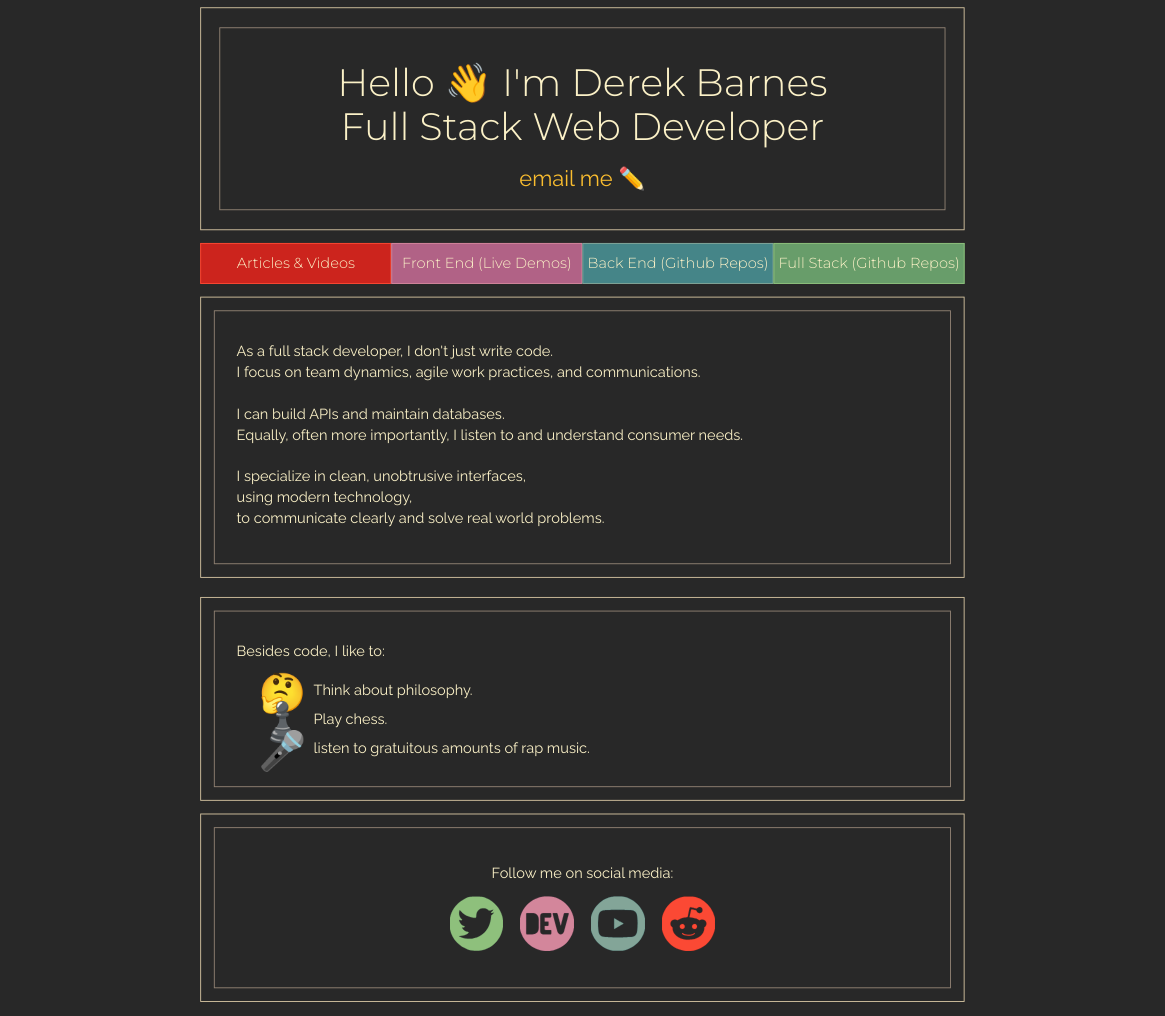
Repository: dsbarnes/groovy-blog
Page: index.html
These files come from the project's save history. The page is drawn as it stood at one moment and after the next save; the edit follows.
The browser window is 1280 px wide. The pictures show the whole page, at 91% of full size.
The style sheet was rebuilt from its Sass, Less or Tailwind sources for each picture, by a compiler version that may differ from the author's.

Above is the page before, as saved 2020-05-09 20:36:42.
Console error: TypeError: Cannot read properties of null (reading 'addEventListener')

### index.html
<!DOCTYPE html>
<html lang="en">

<head>
    <meta charset="UTF-8">
    <meta name="viewport" content="width=device-width, initial-scale=1.0">
    <link href="https://fonts.googleapis.com/css2?family=Montserrat:wght@300&display=swap" rel="stylesheet">
    <link href="https://fonts.googleapis.com/css2?family=Raleway&display=swap" rel="stylesheet">

    <title>D.S. Barnes</title>

    <link rel="stylesheet" href="./CSS/style.css">
</head>

<body>
    <div class="container">

        <div id='nameCard'>
            <div id="doubleBorder">
                <p>Hello 👋 I'm Derek Barnes</p>
                <p>Full Stack Web Developer</p>
                <br />
                <small><a href='mailto:derekb0147@gmail.com'>email me ✏️</a></small>
                <br />
            </div>
        </div>

        <div id='selections'>
            <p class='nav' data-color='red' id='articles'>Articles & Videos</p>
            <p class='nav' data-color='purple' id='frontend'>Front End (Live Demos)</p>
            <p class='nav' data-color='blue' id='backend'>Back End (Github Repos)</p>
            <p class='nav' data-color='aqua' id='fullstack'>Full Stack (Github Repos)</p>
        </div>

        <!-- <button id="toggle-button">Toggle collapse</button> -->

        <!-- Section one -->
        <div class="content">
            <div class='double-border'>
                <div id='about-section-text'>
                    <p>As a full stack developer, I don't just write code.</p>
                    <p>I focus on team dynamics, agile work practices, and communications.</p>
                    <br />
                    <p>I can build APIs and maintain databases.</p>
                    <p>Equally, often more importantly, I listen to and understand consumer needs.</p>
                    <br />
                    <p>I specialize in clean, unobtrusive interfaces,</p>
                    <p>using modern technology,</p>
                    <p>to communicate clearly and solve real world problems.</p>
                </div>

                <div id='articles-section-text'></div>
                <div id='frontend-section-text'></div>
                <div id='backend-section-text'></div>
                <div id='fullstack-section-text'></div>

            </div>
        </div>


        <!-- Section two -->
        <div class="hobbies collapsible">
            <div class='double-border collapsible'>

                <p>Besides code, I like to:</p>
                <br />

                <p class='xpad'>
                    <span class='bigEmoji'>🤔</span>
                    <span class='emojiText'>Think about philosophy.</span>
                </p>

                <p class='xpad'>
                    <span class='bigEmoji'>♟️</span>
                    <span class='emojiText'>Play chess.</span>
                </p>

                <p class='xpad'>
                    <span class='bigEmoji'>🎤</span>
                    <span class='emojiText'>listen to gratuitous amounts of rap music.</span>
                </p>


            </div>
        </div>


        <!-- Section three -->
        <div class="social-media">
            <div class="double-border">

                <p>Follow me on social media:</p>

                <div id='media-icons'>
                    <img src='../SVG/twitterLogo.svg'><a href='#' id='twitter'></a></img>
                    <img src='../SVG/devLogo.svg'><a href='#' id="devto"></a></img>
                    <img src='../SVG/youtubeLogo.svg'><a href='#' id='youtube'></a></img>
                    <img src='../SVG/redditLogo.svg'><a href='#' id='reddit'></a></img>
                </div>

            </div>
        </div>

    </div><!-- container -->

    <script type=module src="index.js"></script>
</body>

</html>

### index.js
import articles from './components/articles.js'
import repos from './components/repos.js'

import articlesData from './siteData/articles.js'
import backendData from './siteData/backEnd.js'
import frontendData from './siteData/frontEnd.js'
import fullstackData from './siteData/fullStack.js'

document.querySelector('#toggle-button')
    .addEventListener('click',
        function () {
            // Remove the about me section:
            const aboutText = document.getElementById('about-section-text')
            aboutText.style.display = 'none'

            // Add overflow: scroll
            document.querySelector('.section-one')
                .classList.toggle('collapsed')

            // Shrinks and fades out the middle box
            document.querySelector('.section-two.collapsible')
                .classList.toggle('collapsed')

            document.querySelector('.section-three')
                .classList.toggle('collapsed')

            // repopulate what was the about section
            // it is now the section the user clicked
            repos(backendData)




            // document.querySelector('.double-border.collapsible')
            //     .classList.toggle('collapsed')
        });

### components/articles.js
function modules(arr) {
    console.log('modules works')
}

export default modules

### components/repos.js
function repos(arr) {

    const root = document.getElementById('articles-section-text')

    for (const element of arr) {

        const keys = Object.keys(element)

        const container = document.createElement('div')
        const title = document.createElement('h1')
        const repolink = document.createElement('p')
        const demolink = document.createElement('p')
        const description = document.createElement('p')

        title.innerHTML = element['Repo']
        container.appendChild(title)

        repolink.innerHTML = element['RepoLink']
        container.appendChild(repolink)

        demolink.innerHTML = element['DemoLink']
        container.appendChild(demolink)

        description.innerHTML = element['Description']
        container.appendChild(description)


        container.id = 'article'
        root.appendChild(container)

    }
}

export default repos

### siteData/articles.js
const articleData = [
    {
        "Title": "Article Project One",
        "Link": "blah.com",
        "Date": "date-posted",
        "Short": "fjdklsafjdlks;fajsdl;f"
    },
    {
        "Title": "Article Project Two",
        "Link": "blah.com",
        "Date": "date-posted",
        "Short": "fjdklsafjdlks;fajsdl;f"
    },
    {
        "Title": "Article Project Three",
        "Link": "blah.com",
        "Date": "date-posted",
        "Short": "fjdklsafjdlks;fajsdl;f"
    },
    {
        "Title": "Article Project Four",
        "Link": "blah.com",
        "Date": "date-posted",
        "Short": "fjdklsafjdlks;fajsdl;f"
    },
    {
        "Title": "Article Project Five",
        "Link": "blah.com",
        "Date": "date-posted",
        "Short": "fjdklsafjdlks;fajsdl;f"
    }
]

export default articleData

### siteData/backEnd.js
const backendData = [
    {
        "Repo": "Back End Project One",
        "RepoLink": "blah.com",
        "Description": "README.md"
    },
    {
        "Repo": "Back End Project Two",
        "RepoLink": "blah.com",
        "Description": "README.md"
    },
    {
        "Repo": "Back End Project Three",
        "RepoLink": "blah.com",
        "Description": "README.md"
    },
    {
        "Repo": "Back End Project Four",
        "RepoLink": "blah.com",
        "Description": "README.md"
    },
    {
        "Repo": "Back End Project Five",
        "RepoLink": "blah.com",
        "Description": "README.md"
    }
]

export default backendData

### siteData/frontEnd.js
const frontendData = [
    {
        "Repo": "Front End Project One",
        "RepoLink": "blah.com",
        "DemoLink": "demo link",
        "Description": "README.md"
    },
    {
        "Repo": "Front End Project Two",
        "RepoLink": "blah.com",
        "DemoLink": "demo link",
        "Description": "README.md"
    },
    {
        "Repo": "Front End Project Three",
        "RepoLink": "blah.com",
        "DemoLink": "demo link",
        "Description": "README.md"
    },
    {
        "Repo": "Front End Project Four",
        "RepoLink": "blah.com",
        "DemoLink": "demo link",
        "Description": "README.md"
    },
    {
        "Repo": "Front End Project Five",
        "RepoLink": "blah.com",
        "DemoLink": "demo link",
        "Description": "README.md"
    }
]

export default frontendData

### siteData/fullStack.js
const fullstackData = [
    {
        "Repo": "Full Stack Project One",
        "RepoLink": "blah.com",
        "Description": "README.md"
    },
    {
        "Repo": "Full Stack Project Two",
        "RepoLink": "blah.com",
        "Description": "README.md"
    },
    {
        "Repo": "Full Stack Project Three",
        "RepoLink": "blah.com",
        "Description": "README.md"
    },
    {
        "Repo": "Full Stack Project Four",
        "RepoLink": "blah.com",
        "Description": "README.md"
    },
    {
        "Repo": "Full Stack Project Five",
        "RepoLink": "blah.com",
        "Description": "README.md"
    }
]

export default fullstackData

### style.scss
// Main Container:
// Sizings - everything is a multiple of 14!!
$container-width: 840px;
$container-height: 1100px;
$outer-width: $container-width * .8;
$margin-pad-sizing: 14px;


// Gruvbox colors:
$background-color: #282828;
$background-alt-color: #3c3836;
$font-color: #fbf1c7;
$font-alt-color: #ebdbb2;
$outer-border: #d5c4a1;
$inner-border: #928374;
$red-color: #cc241d;
$light-red-color: #fb4934;
$green-color: #98971a;
$light-green-color: #b8bb26;
$yellow-color: #d79921;
$light-yellow-color: #fabd2f;
$blue-color: #458588;
$light-blue-color: #83a598;
$purple-color: #b16286;
$light-purple-color: #d3869b;
$aqua-color: #689d6a;
$light-aqua-color: #8ec07c;


// Font:
$title-font: 'Montserrat', sans-serif;
$body-font: 'Raleway', sans-serif;
$title-font-size: 42px;
$body-font-size: 16px;


//Mixins:
@mixin bg-border($bg-color, $border-color){
  background-color: $bg-color;
  border: 1px solid $border-color;
}
@mixin font-fam-size($fam, $size){
  font-family: $fam;
  font-size: $size;
}
@mixin sectionButton($bg-color, $border-color){
  @include bg-border($bg-color, $border-color);
  @include font-fam-size($title-font, $body-font-size);
  display: inline-block;
  margin: 0 auto;
  //That just looks best as 12, idk.
  padding: 12px 0px;
  text-align: center;
  width: (($container-width / 4));
}

// Keyframes:
@keyframes fade-in{
  from{color: white;}
  to{ color: black;}
}
#article{ animation: fade-in 3s forwards;}


// Overall styling:
* { box-sizing:border-box; }
body{ background-color: $background-color; color: $font-color }

//Everything visible is inside this container:
.container {
  display:flex;
  flex-direction:column;
  justify-content:flex-start;
  width: $container-width;
  margin: 0 auto;
  // we're required to set height explicitly
  height: $container-height;
}

// Name Card
#nameCard{
  border: 1px solid $outer-border;
  padding: $margin-pad-sizing/2;
  text-align: center;
  line-height: $margin-pad-sizing/2;

  small{ @include font-fam-size($body-font, $body-font-size*1.5); }
  a{ text-decoration: none; color: $light-yellow-color }

  #doubleBorder{
      @include bg-border($background-color, $inner-border);
      p{ @include font-fam-size($title-font, $title-font-size);}
      margin: $margin-pad-sizing auto;
      padding: $margin-pad-sizing;
      padding-bottom: $margin-pad-sizing*2;

      // 14px b/c of margin.
      // Why *3? Good question.
      width: ($container-width - 14px*3);
  }
}

// Nav 'buttons'
#selections{
  display: flex;
  justify-content: space-between;
  margin-top: $margin-pad-sizing;
}
#articles{ @include sectionButton($red-color, $light-red-color) }
#frontend{ @include sectionButton($purple-color, $light-purple-color) }
#backend{ @include sectionButton($blue-color, $light-blue-color) }
#fullstack{ @include sectionButton($aqua-color, $light-aqua-color) }

// General double border settings, different from
// name card b/c ...damnit
.double-border{
  border: 1px solid $inner-border;
  // Variables not working in calc()
  // will investigate.
  height: calc(100% - 28px);
  width: calc(100% - 28px);
  margin: $margin-pad-sizing auto 0 auto;
  padding: 24px;
}
.double-border.collapsed { border: 0px solid white; }


// This is the section that expands:
.content{
  @include bg-border($background-color, $outer-border);
  @include font-fam-size($body-font, $body-font-size);
  line-height: 7px;
  margin: 14px 0;
  flex: 3;
  // overflow: hidden;
}
.content.collapsed{
  // overflow: hidden;
  .double-border{ overflow: scroll; }
}
// This section dissapears:
.hobbies {
  // note that we're transitioning flex, not height!
  @include bg-border($background-color, $outer-border);
  @include font-fam-size($body-font, $body-font-size);
  line-height: 7px;
  margin: 7px 0;
  flex: 2;
  .bigEmoji{ font-size: $title-font-size; }
  .xpad{ padding-left: 24px; }
  .emojiText{
      bottom: 12px;
      padding-left: 4px;
      position: relative;
  }
  // overflow:hidden;
  transition:all 0.4s ease;
  transition-property: flex, border, margin, padding, color;
}
.hobbies.collapsed {
  border: 0px solid $background-color;
  color: $background-color;
  flex: 0;
  margin: 0 200px;
  padding: 0 400px;
}
// This section never changes
.social-media{
  @include bg-border($background-color, $outer-border);
  @include font-fam-size($body-font, $body-font-size);
  text-align: center;
  margin: 7px 0;
  flex: 2;
  transition: all 0.6s ease;
}
.section-three.collapsed{ flex: 1; }


// Social Media Icons:
#media-icons{
  width: $container-width / 2;
  margin: 0 auto;
  text-align: center;
  line-height: 14px;
  img{ width: 14.2%; margin: 0 7px; }
}

After the next save:
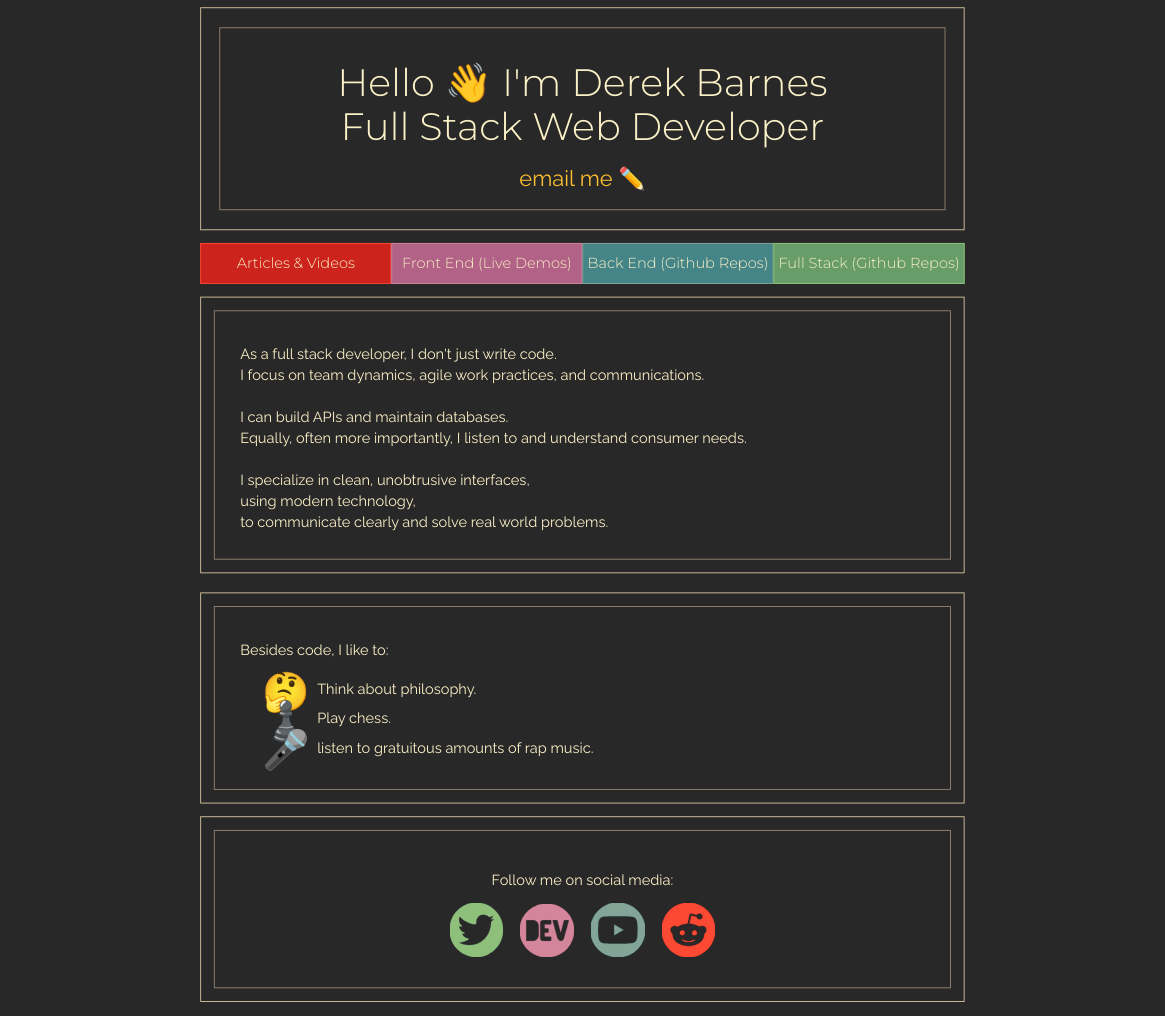
Saved 7 s later.
--- a/style.scss
+++ b/style.scss
@@ -120,7 +120,7 @@ body{ background-color: $background-color; color: $font-color }
   height: calc(100% - 28px);
   width: calc(100% - 28px);
   margin: $margin-pad-sizing auto 0 auto;
-  padding: 24px;
+  padding: $margin-pad-sizing*2;
 }
 .double-border.collapsed { border: 0px solid white; }
 
